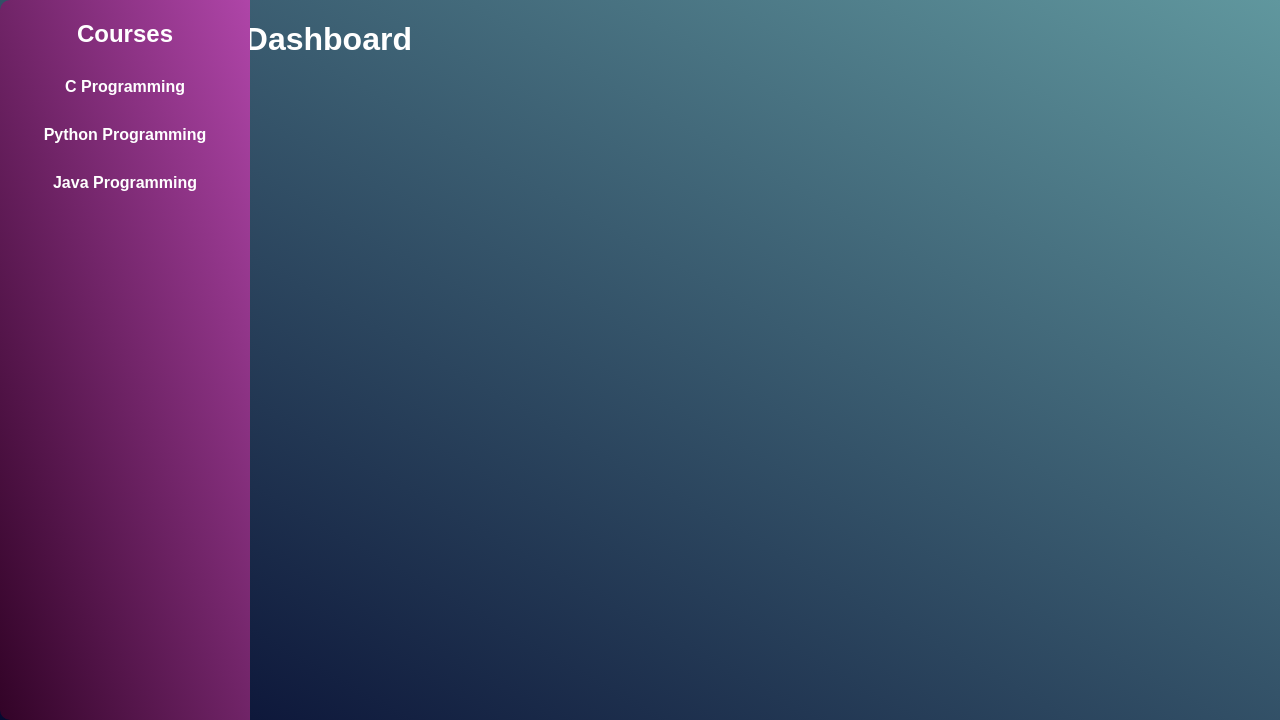
Repository: RishitSharma88/SeaGro
Page: templates/learningcourses.html
An editor plug-in stored every save of this project. The page is shown before and after the next save, followed by the edit.
The browser window is 1280 px wide. The pictures show the whole page.
The template is drawn by Flask 3. The application's start-up code is not run. The template is opened directly, without the code that normally fills it, so the values that code supplies are empty.

Above is the page before, as saved 2024-12-27 18:14:19.

After the next save:
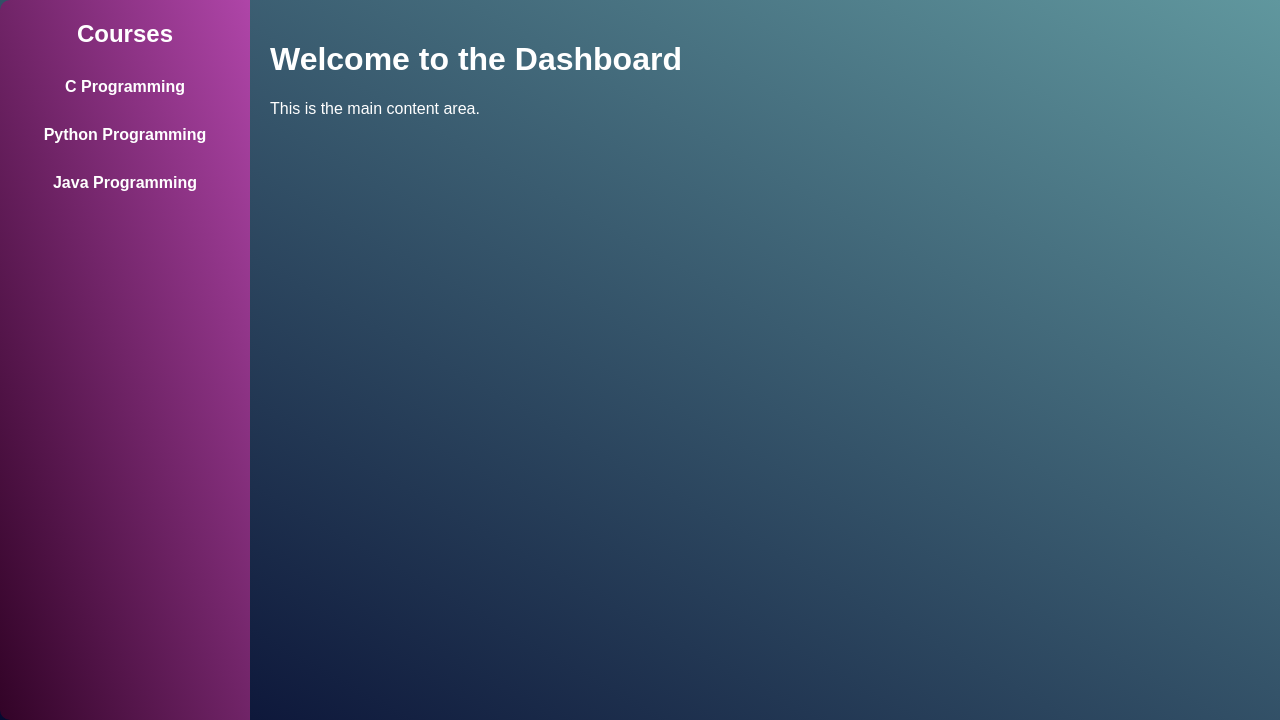
Saved 66 s later.
--- a/templates/learningcourses.html
+++ b/templates/learningcourses.html
@@ -59,6 +59,12 @@
         .side-links a:hover {
             background-color: rgba(255, 255, 255, 0.2);
         }
+        .main-content {
+            margin-left: 250px;
+            flex: 1;
+            padding: 20px;
+            transition: margin-left 0.3s ease;
+        }
 
         /*.sidebar.collapsed {
             transform: translateX(-250px);
@@ -86,12 +92,7 @@
             left: 0;
         }
 
-        .main-content {
-            margin-left: 250px;
-            flex: 1;
-            padding: 20px;
-            transition: margin-left 0.3s ease;
-        }
+
 
         .sidebar.collapsed + .main-content {
             margin-left: 0;
